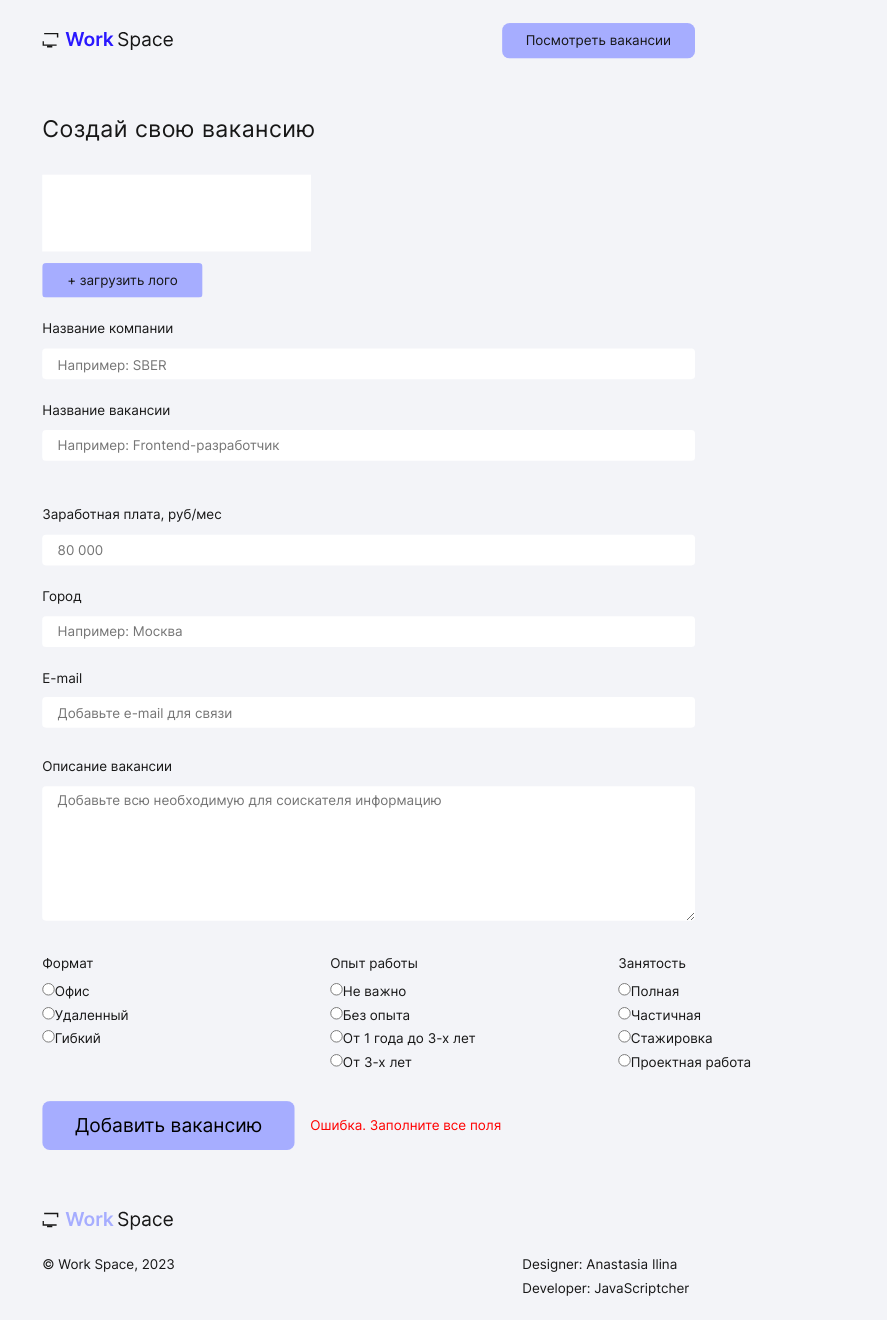
Repository: alexboagreek/workspace_js
Page: employer.html
These files come from the project's save history. The page is drawn as it stood at one moment and after a run of saves; the edit follows.
The browser window is 768 px wide. The page is 924 px wide, then 768 px, so the pictures cover 924 px, including what lies to the right of the window. The pictures show the whole page, at 96% of full size.

Above is the page before, as saved 2023-09-13 15:45:03.
Console error: TypeError: Cannot read properties of null (reading 'addEventListener')

After the next 6 saves:
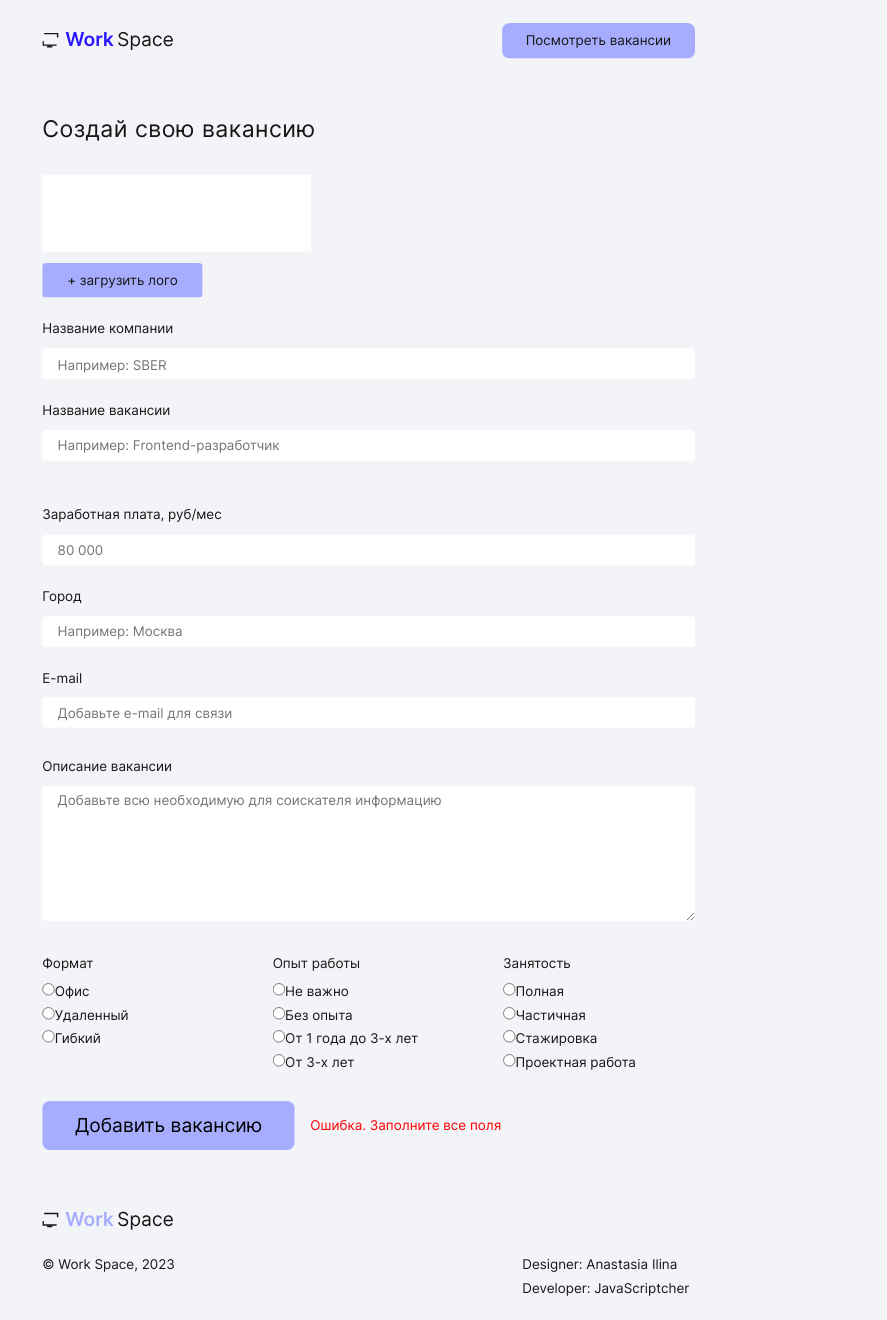
The 6 saves are shown as one change because they came seconds apart.
The last was saved 105 s later.
--- a/style/employer.css
+++ b/style/employer.css
@@ -154,6 +154,7 @@
   }
 
   .employer__radio-buttons {
+    grid-template-columns: repeat(3, 220px);
 
   }
 }
